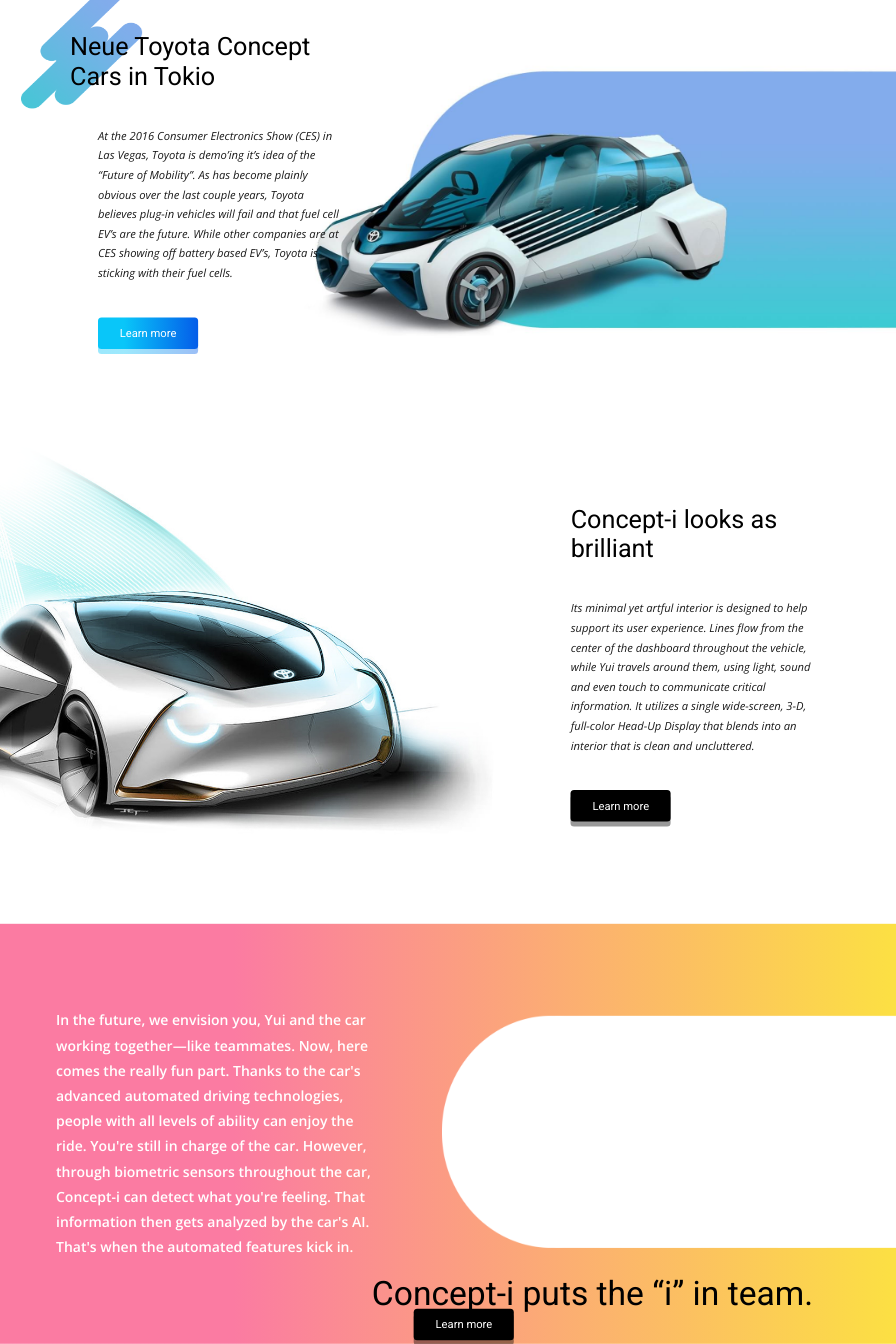
Repository: ThanhThn/Moto-Toyota
Page: index.html
These files come from the project's save history. The page is drawn as it stood at one moment and after a run of saves; the edit follows.
The browser window is 1280 px wide. The pictures show the part of the page from y = 2024 to 3944 px (the page is 3944 px tall), at 70% of full size.

Above is the page before, as saved 2022-07-07 13:26:18.

### index.html
<!DOCTYPE html>
<html lang="en">
<head>
    <meta charset="UTF-8">
    <meta http-equiv="X-UA-Compatible" content="IE=edge">
    <meta name="viewport" content="width=device-width, initial-scale=1.0">
    <title>Document</title>
    <!-- === CSS Files === -->
    <link rel="stylesheet" href="css/style.css">
</head>
<body>
    <!-- === Main Container Start === -->
    <div class="main-container">
        <!-- === Heading Start === -->
        <div class="heading">
            <div class="logo">
                <a href="#"><img src="images/logo.png" alt="logo"></a>
            </div>
            <div class="menu">
                <ul class="nav">
                    <li><a href="#" class="chossen">Home</a></li>
                    <li><a href="#">About</a></li>
                    <li><a href="#">Contact</a></li>
                </ul>
            </div>
        </div>
        <!-- === Heading End === -->
        <!-- === Content Start === -->
        <div class="content">
            <!-- === Slider start === -->
            <div class="slider-container">
                <img src="images/7502b12d9a12f809e3996ea2e26b5c30.jpeg" alt="">
                <div class="slider-content">
                    <h1>Toyota Concept-i Series</h1>
                    <p>Toyota Concept-i and its forward-thinking UX hold a mirror up to a future that is warm, friendly, engaging and, most of all—fun. Without further ado, meet Concept-i.</p>
                </div>
            </div>
            <!-- === Slider End === -->
            <!-- === Content Start === -->
            <section class="body-container-content">
                <img class="overflow-img img-defaut" src="images/6f5de08df6c1a4f14c65050e1ff59f2c.jpeg" alt="">
                <div class="body-content">
                    <h3 class="heading-content" >The future has arrived.</h3>
                    <p class="text-content">While we can't predict the future, we can inspire it. So what will our cars look like and how will they function? Will we drive them or will they drive us? That seems to be the question on everyone's mind. Well, we have an idea. Cars are for people who want to go to more places safely and efficiently</p>
                    <div class="yellow-btn">Learn more</div>
                    <img src="images/bd87ca380d82a1c6fad66fa9fc53bc48.png" alt=""  class="paint paint-1">
                </div>
                <img src="images/logo.png" alt="" class="logo-cover logo-body">

            </section>
            <section class="body-container-content">
                <div class="body-content">
                    <h3 class="heading-content">
                        <p>Less of a machine.</p>
                        <p>More of a pal.</p>
                    </h3>
                    <p class="text-content" style="margin-left:20px;">
                        Concept-i follows our belief that vehicles shouldn't start with technology—they should start, and end, with the experience of the people who use them. Therefore, Concept-i was built from the inside out, with a focus on making it immersive, energetic and, most importantly—approachable.
                    </p>
                    <div class="black-btn" style="margin-left:20px;">Learn more</div>
                </div>
                <img src="images/094e953db5791c71cbf6cb2692c9da18.jpeg" alt=""  class="img">
            </section>
            <!-- === Content End === -->
            <section class="body-container-content">
                <div class="body-content">
                    <h3 class="heading-content">
                        Neue Toyota Concept Cars in Tokio
                    </h3>
                    <p class="text-content">
                        At the 2016 Consumer Electronics Show (CES) in Las Vegas, Toyota is demo’ing it’s idea of the “Future of Mobility”.  As has become plainly obvious over the last couple years, Toyota believes plug-in vehicles will fail and that fuel cell EV’s are the future.  While other companies are at CES showing off battery based EV’s, Toyota is sticking with their fuel cells.
                    </p>
                    <div class="blue-btn">Learn more</div>
                    <img src="images/93c8d638317c741291e390fb2c10a215.png" alt="" class="paint paint-2">
                </div>
                <img src="images/8be8de663c4ab7eee8b3e53c31cbb581.jpeg" alt=""  class="img" id="img-center">
            </section>
            <section class="body-container-content">
                <img src="images/4c134e2df3106c5e28f93f94161e3242.png" alt=""  class="overflow-img img-defaut" style="width: 760px; height: 636px;">
                <div class="body-content" style="margin-bottom: 60px; margin-right: 80px;">
                    <h3 class="heading-content" >
                        Concept-i looks as brilliant
                    </h3>
                    <p class="text-content" style="margin-left:20px;">
                        Its minimal yet artful interior is designed to help support its user experience. Lines flow from the center of the dashboard throughout the vehicle, while Yui travels around them, using light, sound and even touch to communicate critical information. It utilizes a single wide-screen, 3-D, full-color Head-Up Display that blends into an interior that is clean and uncluttered.
                    </p>
                    <div class="black-btn" style="margin-left:20px;">Learn more</div>
                </div>
            </section>
            <section class="content-center body-container-content">
                <div  class="text-content" id="text">
                    <p>
                        In the future, we envision you, Yui and the car working together—like teammates. Now, here comes the really fun part. Thanks to the car's advanced automated driving technologies, people with all levels of ability can enjoy the ride. You're still in charge of the car. However, through biometric sensors throughout the car, Concept-i can detect what you're feeling. That information then gets analyzed by the car's AI. That's when the automated features kick in.
                    </p>
                </div>
                <div class="i-team">
                    <img src="images/c7a5eef7434a3c41abc67dbea4472211.png" alt="">
                    <div>
                        <h3>Concept-i puts the “i” in team.</h3>
                        <div class="black-btn" id="black-btn-1">Learn more</div>
                    </div>
                </div>
            </section>
        </div>
        <!-- === Content End === -->
    </div>
    <!-- === Main Container End === -->
    <!-- === JS Files === -->
    <script src="js/script.js"></script>
</body>
</html>

### css/style.css
@import url('https://fonts.googleapis.com/css2?family=Open+Sans:ital,wght@0,600;0,700;1,400;1,600&family=Roboto&display=swap');
:root{
    --text: #1a1a1a;
    --text-chossen:#478ac9;
    --heading-family: 'Roboto', sans-serif;
    --body-family: 'Open Sans', sans-serif;
}
*
{
    margin: 0;
    padding: 0;
    outline: none;
    text-decoration: none;
    box-sizing: border-box;
}
.overflow-img
{
    overflow: hidden;
}

.img-defaut
{
    object-fit: cover;
}
.logo-cover
{
    width: 65px !important;
    height: 60px !important;
    opacity: 0.25;
}
.paint
{
    width: 173px  !important;
    height: 186px !important;
    position: absolute;
    z-index: -1;
}
.heading
{
    height: 115px;
    width: 100%;
    display : flex;
    justify-content: space-around;
}
.heading .logo{
    width: 92px;
    height: 92px;
    margin-top: 11.5px;
}
.heading .logo a img
{
    width: 92px;
    height: 92px;
}
.heading .menu .nav
{
    font-family:var(--body-family);
    font-size: 16px;
    font-weight: 700;
    list-style: none;
    display: flex;
    padding: 14px 0px 14px 0px;
    margin-top: 50px;
}
.heading .menu .nav li
{
    padding: 0px 20px 0px 20px;
}
.heading .menu .nav  li a
{
    color: var(--text);
}
.chossen
{
    color: var(--text-chossen) !important;
}

.slider-container
{
    text-align: center;
}
.slider-container img
{
    display: block;
    height: 260px;
    width: 820px;
    margin-left: auto;
    margin-right: auto;
    margin-top: 54px;
}
.slider-content
{
    width: 784px;
    height: 324px;
    margin-left: auto;
    margin-right: auto;
    margin-top: 20px;
}
.slider-content h1
{
    font-family: var(--heading-family);
    font-size: 72px;
    font-weight: 400;
    padding: 20px 13px 0 13px ;
}
.slider-content p
{
    font-family: var(--body-family);
    font-size: 20px;
    font-style: italic;
    opacity: 0.6;
    font-weight: 600;
    padding: 20px 13px 0 13px ;
}
.body-container-content
{
    display: flex;
    margin: 99px auto 0 0;
    align-items: flex-end;
    justify-content: space-between;
}

.body-container-content img
{
    width:  calc(((100% - 1140px) / 2) + 656px);;
    display: block;
    height: 464px;
    object-position: 100% 0%;
    background-position: 100% 0%;
}

.body-container-content .body-content
{
    position: relative;
    width: 430px;
    height: 480px;
    margin-left: 80px;

    z-index: 1;
}

.body-content .heading-content
{
    font-family: var(--heading-family);
    font-size: 36px;
    font-weight: 400;
    margin: 40px 0 0 20px;
}
.body-content .text-content
{
    font-family: var(--body-family);
    font-weight: 400;
    opacity: 0.9;
    font-style: italic;
    margin: 50px 20px 0 60px;
    word-wrap: break-word;
    line-height: 28px;
}

.yellow-btn
{
    color: #fff;
    width: 143px;
    height: 45px;
    background-image: linear-gradient(to left, #fce043 0%, #fb7ba2 74%);
    border: none;
    border-radius: 5px ;
    display: flex;
    justify-content: center;
    align-items: center;
    font-family: var(--heading-family);
    margin: 50px 0 0 60px;
}
.yellow-btn::before {
    content: "";
    background: linear-gradient(to left, #fce043 0%, #fb7ba2 74%);
    position: absolute;
    opacity: 0.4;
    width: 143px;
    height: 45px;
    border-radius: 5px;
    transform: translateY(7px);
    z-index: -1;
}
.black-btn
{
    background-color: #000;
    color: #fff;
    box-shadow: 0 7px rgba(0, 0, 0, 0.4);
    width: 143px;
    height: 45px;
    border: none;
    border-radius: 5px ;
    display: flex;
    justify-content: center;
    align-items: center;
    font-family: var(--heading-family);
    margin: 50px 0 0 60px;
}
.black-btn:active
{
    transform: translateY(7px);
    box-shadow: none;
}

.blue-btn
{
    color: #fff;
    width: 143px;
    height: 45px;
    background-image: linear-gradient(to left, #045de9 0%, #09c6f9 74%);
    border: none;
    border-radius: 5px ;
    display: flex;
    justify-content: center;
    align-items: center;
    font-family: var(--heading-family);
    margin: 50px 0 0 60px;
}
.blue-btn::before {
    content: "";
    background: linear-gradient(to left, #045de9 0%, #09c6f9 74%);
    position: absolute;
    opacity: 0.4;
    width: 143px;
    height: 45px;
    border-radius: 5px;
    transform: translateY(7px);
    z-index: -1;
}

.body-container-content .logo-body
{
    position: relative;
    top: -30px;
    right: 1100px;
}

.body-container-content .paint-1
{
    top: -36px;
    right: 308px;
}
.body-container-content .paint-2
{
    top: -36px;
    left: -50px;
}
.body-container-content .img
{
    width: 860px;
    height: 400px;
    position: absolute;
    right: 0;
}
.body-container-content #img-center
{
    margin: auto 0 auto 0;
}
.content-center
{
    display: flex;
    height: 600px;
    background-image: linear-gradient(to left, #fce043 0%, #fb7ba2 74%);;
}
#text
{
    width: 480px;
    font-family: var(--body-family);
    font-size: 20px;
    font-weight: 600 ;
    color: #fff;
    margin: auto 0 auto 80px;
    line-height: 36px;
}
.i-team
{
    position: relative;
    margin: auto 0 auto 0;
}
.content-center img
{
    width: 100%;
    height: 400px;
}
.content-center h3
{
    font-family: var(--heading-family);
    font-weight: 400;
    font-size: 48px;
    position: absolute;
    top: auto;
    bottom: auto;
}
.i-team #black-btn-1
{
    position: absolute;

}

Loaded but not shown: js/script.js (no copy from this time; the picture is the same without it)

After the next 2 saves:
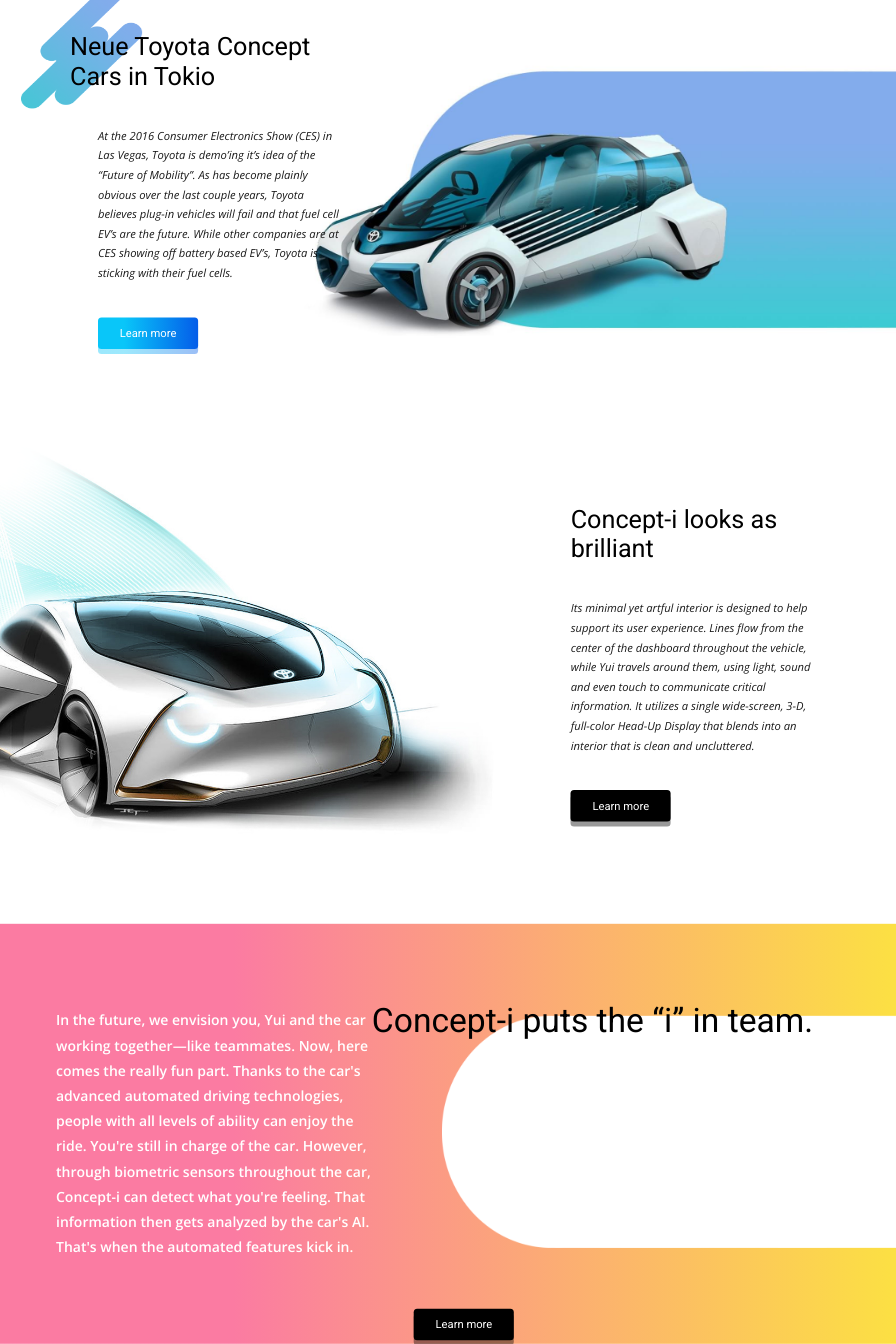
The 2 saves are shown as one change because they came seconds apart.
The last was saved 20 s later.
--- a/css/style.css
+++ b/css/style.css
@@ -289,7 +289,7 @@
     font-weight: 400;
     font-size: 48px;
     position: absolute;
-    top: auto;
+    top: 10px;
     bottom: auto;
 }
 .i-team #black-btn-1
